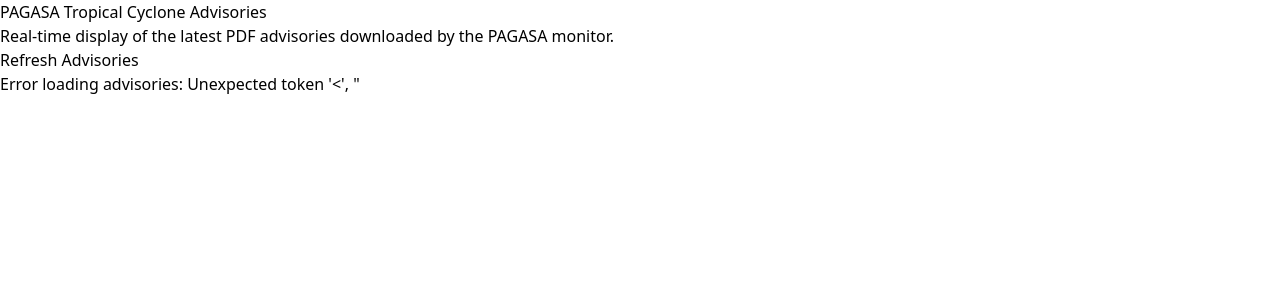
Repository: JetSpy-404/Heat-Mapping-For-Disaster-Risk-Prone-Areas
Page: pdf_viewer.html
An editor plug-in stored every save of this project. The page is shown before and after the next save, followed by the edit.
The browser window is 1280 px wide. The pictures show the whole page.
Some web libraries are served in a nearby version.

Above is the page before, as saved 2025-11-08 16:52:30.

### pdf_viewer.html
<!DOCTYPE html>
<html lang="en">
<head>
    <meta charset="UTF-8">
    <meta name="viewport" content="width=device-width, initial-scale=1.0">
    <title>PAGASA Advisories Viewer</title>
    <script src="https://cdn.tailwindcss.com"></script>
</head>
<body>
    <div class="header">
        <h1>PAGASA Tropical Cyclone Advisories <span class="status-indicator" id="status-indicator"></span></h1>
        <p>Real-time display of the latest PDF advisories downloaded by the PAGASA monitor.</p>
        <button class="refresh-btn" onclick="refreshPDFs()">Refresh Advisories</button>
        <div class="loading" id="loading">Loading advisories...</div>
    </div>

    <div id="pdfs-container">
        <!-- PDFs will be loaded here dynamically -->
    </div>

    <script>
        let lastUpdate = null;

        // Load PDFs on page load
        document.addEventListener('DOMContentLoaded', function() {
            loadPDFs();
            // Auto-refresh every 5 minutes
            setInterval(loadPDFs, 5 * 60 * 1000);
        });

        async function loadPDFs() {
            const loading = document.getElementById('loading');
            const statusIndicator = document.getElementById('status-indicator');
            const container = document.getElementById('pdfs-container');

            loading.style.display = 'block';
            statusIndicator.classList.add('updating');

            try {
                const response = await fetch('list_pdfs.php');
                if (!response.ok) {
                    throw new Error(`HTTP ${response.status}: ${response.statusText}`);
                }

                const pdfs = await response.json();
                console.log('Loaded PDFs:', pdfs);

                if (pdfs.error) {
                    throw new Error(pdfs.error);
                }

                // Always display PDFs for now (remove update check to force refresh)
                displayPDFs(pdfs);
                lastUpdate = pdfs.length > 0 ? pdfs[0].modified : null;

            } catch (error) {
                console.error('Error loading PDFs:', error);
                container.innerHTML = `<div class="no-pdfs">Error loading advisories: ${error.message}. Please check if PHP is running and try again.</div>`;
            } finally {
                loading.style.display = 'none';
                statusIndicator.classList.remove('updating');
            }
        }

        function displayPDFs(pdfs) {
            const container = document.getElementById('pdfs-container');

            if (pdfs.length === 0) {
                container.innerHTML = '<div class="no-pdfs">No PDF advisories found. The monitor may still be downloading files.</div>';
                return;
            }

            let html = '';
            pdfs.forEach(pdf => {
                const fileSizeMB = (pdf.size / (1024 * 1024)).toFixed(2);
                html += `
                    <div class="pdf-container">
                        <div class="pdf-title">
                            ${formatPDFTitle(pdf.filename)}
                            <span class="pdf-meta">Updated: ${pdf.modified} | Size: ${fileSizeMB} MB</span>
                        </div>
                        <iframe src="${pdf.path}" type="application/pdf"></iframe>
                        <a href="${pdf.path}" class="download-link" target="_blank">Download PDF</a>
                    </div>
                `;
            });

            container.innerHTML = html;
        }

        function formatPDFTitle(filename) {
            // Convert filename to readable title
            return filename
                .replace('.pdf', '')
                .replace(/_/g, ' ')
                .replace(/\b\w/g, l => l.toUpperCase());
        }

        function refreshPDFs() {
            loadPDFs();
        }

        // Manual refresh function exposed globally
        window.refreshPDFs = refreshPDFs;
    </script>
</body>
</html>

After the next save:
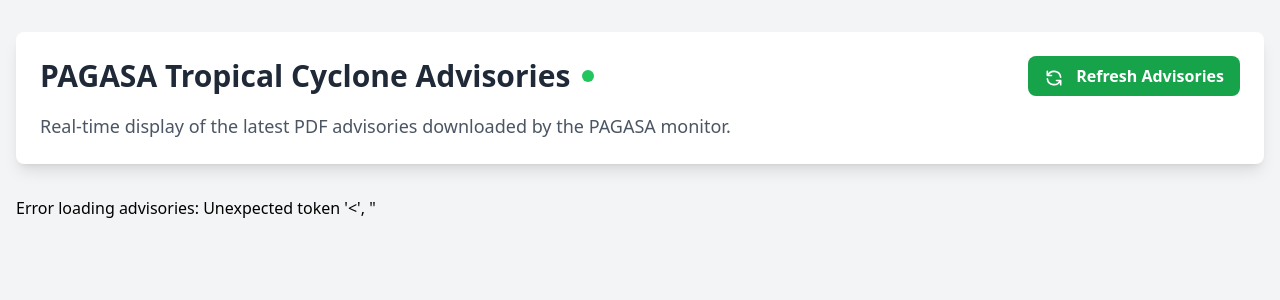
Saved 16 s later.
--- a/pdf_viewer.html
+++ b/pdf_viewer.html
@@ -6,16 +6,36 @@
     <title>PAGASA Advisories Viewer</title>
     <script src="https://cdn.tailwindcss.com"></script>
 </head>
-<body>
-    <div class="header">
-        <h1>PAGASA Tropical Cyclone Advisories <span class="status-indicator" id="status-indicator"></span></h1>
-        <p>Real-time display of the latest PDF advisories downloaded by the PAGASA monitor.</p>
-        <button class="refresh-btn" onclick="refreshPDFs()">Refresh Advisories</button>
-        <div class="loading" id="loading">Loading advisories...</div>
-    </div>
+<body class="bg-gray-100 min-h-screen py-8 px-4">
+    <div class="max-w-7xl mx-auto">
+        <!-- Header Section -->
+        <div class="bg-white rounded-lg shadow-lg p-6 mb-8">
+            <div class="flex items-center justify-between mb-4">
+                <h1 class="text-3xl font-bold text-gray-800 flex items-center">
+                    PAGASA Tropical Cyclone Advisories
+                    <span class="status-indicator ml-3 w-3 h-3 bg-green-500 rounded-full" id="status-indicator"></span>
+                </h1>
+                <button class="bg-green-600 hover:bg-green-700 text-white font-semibold py-2 px-4 rounded-lg transition duration-200 refresh-btn" onclick="refreshPDFs()">
+                    <svg class="w-5 h-5 inline mr-2" fill="none" stroke="currentColor" viewBox="0 0 24 24">
+                        <path stroke-linecap="round" stroke-linejoin="round" stroke-width="2" d="M4 4v5h.582m15.356 2A8.001 8.001 0 004.582 9m0 0H9m11 11v-5h-.581m0 0a8.003 8.003 0 01-15.357-2m15.357 2H15"></path>
+                    </svg>
+                    Refresh Advisories
+                </button>
+            </div>
+            <p class="text-gray-600 text-lg">Real-time display of the latest PDF advisories downloaded by the PAGASA monitor.</p>
+            <div class="loading hidden text-center py-4 text-gray-500 font-medium" id="loading">
+                <svg class="animate-spin w-6 h-6 inline mr-2" fill="none" viewBox="0 0 24 24">
+                    <circle class="opacity-25" cx="12" cy="12" r="10" stroke="currentColor" stroke-width="4"></circle>
+                    <path class="opacity-75" fill="currentColor" d="M4 12a8 8 0 018-8V0C5.373 0 0 5.373 0 12h4zm2 5.291A7.962 7.962 0 014 12H0c0 3.042 1.135 5.824 3 7.938l3-2.647z"></path>
+                </svg>
+                Loading advisories...
+            </div>
+        </div>
 
-    <div id="pdfs-container">
-        <!-- PDFs will be loaded here dynamically -->
+        <!-- PDFs Container -->
+        <div id="pdfs-container" class="space-y-6">
+            <!-- PDFs will be loaded here dynamically -->
+        </div>
     </div>
 
     <script>
